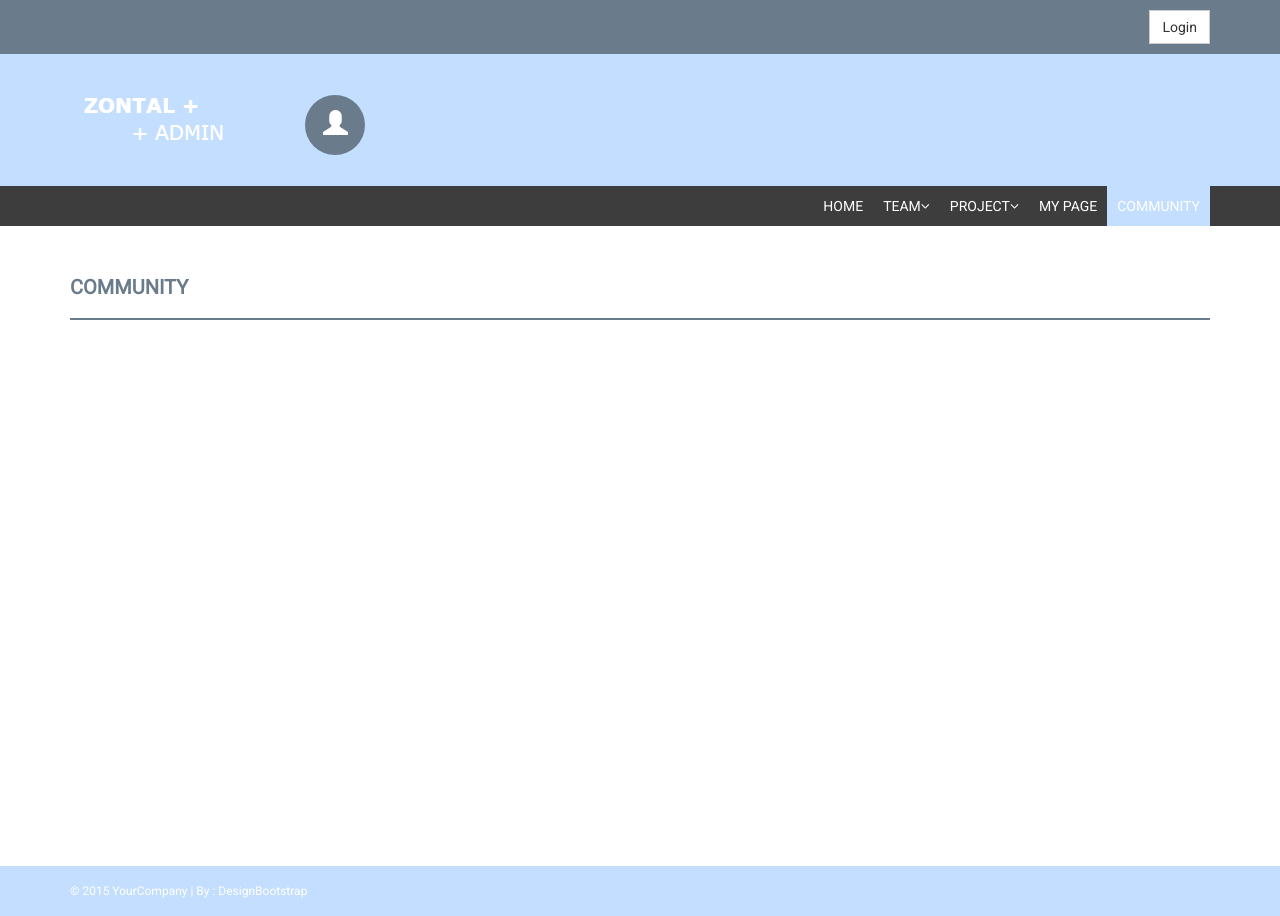
Repository: hwju91/skuniv
Page: http://localhost/0903.2/WEB-INF/jsp/community/communityselect.jsp
An editor plug-in stored every save of this project. The page is shown before and after the next save, followed by the edit.
The browser window is 1280 px wide. The pictures show the whole page.
The page is served by Tomcat 9. Nobody is signed in. Other server files are loaded and not shown. The template is opened directly, without the code that normally fills it, so the values that code supplies are empty.

Above is the page before, as saved 2016-09-08 12:02:02.

### 0903.2/WebContent/WEB-INF/jsp/community/communityselect.jsp
<%@ page language="java" contentType="text/html; charset=UTF-8"
	pageEncoding="UTF-8"%>
<jsp:include page="../header_community.jsp" />
<jsp:include page="../nav.jsp" />
<jsp:include page="../menu_community.jsp" />

<div class="row">
	<div class="col-md-12">
		<h4 class="page-head-line">community</h4>
	</div>
</div>



<jsp:include page="../footer.jsp" />

### 0903.2/WebContent/WEB-INF/jsp/header_community.jsp
<%@ page language="java" contentType="text/html; charset=UTF-8"
    pageEncoding="UTF-8"%>
<!DOCTYPE html PUBLIC "-//W3C//DTD HTML 4.01 Transitional//EN" "http://www.w3.org/TR/html4/loose.dtd">
<html>
<head>
    <title>Winder</title>

    <link href="css/bootstrap.css" rel="stylesheet" />
    <link href="css/font-awesome.css" rel="stylesheet" />
    <link href="css/style.css" rel="stylesheet" />
    <!-- <link rel="stylesheet" href="https://cdnjs.cloudflare.com/ajax/libs/ionicons/2.0.1/css/ionicons.min.css"> -->

</head>
</head>

### 0903.2/WebContent/WEB-INF/jsp/nav.jsp
<%@ page language="java" contentType="text/html; charset=UTF-8"
    pageEncoding="UTF-8"%>
<body>
    <header>
        <div class="container">
            <div class="row">
                <div class="col-md-12">
                    <!-- <strong>Email: </strong>info@yourdomain.com
                    &nbsp;&nbsp;
                    <strong>Support: </strong>+90-897-678-44 -->
                    <%
                    if("loginok".equals((String)session.getAttribute("loginchk"))){
                    	%>
                    	<a class="btn btn-default" href="logout">Logout</a>
                    <%}
                    else{
                    %>
                    	<a class="btn btn-default" href="login">Login</a>
                    <% }%>

                </div>

            </div>
        </div>
    </header>
    <!-- HEADER END-->
    <div class="navbar navbar-inverse set-radius-zero">
        <div class="container">
            <div class="navbar-header">
                <button type="button" class="navbar-toggle" data-toggle="collapse" data-target=".navbar-collapse">
                    <span class="icon-bar"></span>
                    <span class="icon-bar"></span>
                    <span class="icon-bar"></span>
                </button>
                <a class="navbar-brand" href="index.html">
                    <img src="img/logo.png" />
                </a>

            </div>

            <div class="left-div">
                <div class="user-settings-wrapper">
                    <ul class="nav">

                        <li class="dropdown">
                            <a class="dropdown-toggle" data-toggle="dropdown" href="#" aria-expanded="false">
                                <span class="glyphicon glyphicon-user" style="font-size: 25px;"></span>
                            </a>
                            <div class="dropdown-menu dropdown-settings" style="color: #fff">
                                <div class="media">
                                    <a class="media-left" href="#">
                                        <img src="img/64-64.jpg" alt="" class="img-rounded" />
                                    </a>
                                    <div class="media-body">
                                        <h4 class="media-heading">Jhon Deo Alex </h4>
                                        <h5>Developer & Designer</h5>

                                    </div>
                                </div>
                                <hr />
                                <h5><strong>Personal Bio : </strong></h5>
                                Anim pariatur cliche reprehen derit.
                                <hr />
                                <a href="#" class="btn btn-info btn-sm">Full Profile</a>&nbsp; <a href="login.html" class="btn btn-danger btn-sm">Logout</a>

                            </div>
                        </li>


                    </ul>
                </div>
            </div>
        </div>
    </div>
    <!-- LOGO HEADER END-->

### 0903.2/WebContent/WEB-INF/jsp/menu_community.jsp
<%@ page language="java" contentType="text/html; charset=UTF-8"
    pageEncoding="UTF-8"%>
<%@taglib prefix="c"  uri="http://java.sun.com/jsp/jstl/core" %>
<section class="menu-section">
        <div class="container">
            <div class="row">
                <div class="col-md-12">
                    <div class="navbar-collapse collapse ">
                        <ul id="menu-top" class="nav navbar-nav navbar-right">
                            <li><a class="menu-top" href="home">Home</a></li>
                            <li class="dropdown">
                                <a href="#" class="dropdown-toggle" data-toggle="dropdown">Team<i class="fa fa-angle-down"></i></a>
                                <ul class="dropdown-menu">
                                	<li><a href="teamList">팀 List</a></li>
                                    <li><a href="teamCreateform">팀 생성</a></li>
                                    <c:forEach items="${teammenu }" var="tmenu">
                                    <li><a href="projectlist?tno=${tmenu.tno }">${tmenu.name }</a></li>
                                    </c:forEach>
                                </ul>
                            </li>
                            <li class="dropdown">
                                <a href="#" class="dropdown-toggle" data-toggle="dropdown">Project<i class="fa fa-angle-down"></i></a>
                                <ul class="dropdown-menu">
                                    <li><a href="projectform">프로젝트 생성</a></li>
                                    <c:forEach items="${projectmenu }" var="pmenu">
                                    <li><a href="projectmain?pno=${pmenu.pno }">${pmenu.name }</a></li>
                                    </c:forEach>
                                </ul>
                            </li>
                             <li><a href="mypage">My Page</a></li>
							 <li><a class="menu-top-active" href="communitylist">community</a></li>
                        </ul>
                    </div>
                </div>

            </div>
        </div>
    </section>
    <!-- MENU SECTION END-->
    <div class="content-wrapper">
        <div class="container">

### 0903.2/WebContent/WEB-INF/jsp/footer.jsp
<%@ page language="java" contentType="text/html; charset=UTF-8"
    pageEncoding="UTF-8"%>
 </div>
    </div>
    <!-- CONTENT-WRAPPER SECTION END-->
    <footer>
        <div class="container">
            <div class="row">
                <div class="col-md-12">
                    &copy; 2015 YourCompany | By : <a href="http://www.designbootstrap.com/" target="_blank">DesignBootstrap</a>
                </div>

            </div>
        </div>
    </footer>
    <!-- script -->
<script src="js/jquery-2.2.3.min.js"></script>
<script src="js/bootstrap.js"></script>
</body>
</html>

### 0903.2/WebContent/css/style.css

/*=============================================================
    Authour URL: www.designbootstrap.com

    http://www.designbootstrap.com/

    License: MIT

    http://opensource.org/licenses/MIT

    100% Free To use For Personal And Commercial Use.

    IN EXCHANGE JUST TELL PEOPLE ABOUT THIS WEBSITE

========================================================  */


/* =============================================================
   GENERAL STYLES
 ============================================================ */

@import url(http://fonts.googleapis.com/css?family=Roboto); /* FREE GOOGLE FONT */

body {
    font-family: 'Roboto', sans-serif;
    line-height: 30px;
}

.set-radius-zero {
    border-radius: 0px;
    -moz-border-radius: 0px;
    -webkit-border-radius: 0px;
}

.content-wrapper {
    margin-top: 40px;
    min-height: 600px;
    padding-bottom: 60px;
}

.page-head-line {
    font-weight: 900;
    padding-bottom: 20px;
    border-bottom: 2px solid #6A7B8B;
    text-transform: uppercase;
    color: #6A7B8B;
    font-size: 20px;
    margin-bottom: 40px;
}

.btn {
    border-radius: 0px;
    -webkit-border-radius: 0px;
    -moz-border-radius: 0px;
}

.progress {
    height: 8px;
    border-radius: 0px;
    -webkit-border-radius: 0px;
    -moz-border-radius: 0px;
}
.login-icon {
    height: 60px;
width: 60px;
padding: 13px;
border-radius: 50%;
font-size: 30px;
margin-bottom: 20px;
color: #fff;
text-align: center;
cursor:pointer;
background-color:#6A7B8B;
-webkit-border-radius:50%;
    -moz-border-radius:50%;
}
/* =============================================================
   HEADER SECTION STYLES
 ============================================================ */
header {
    background-color: #6A7B8B;
    color: #fff;
    padding: 10px;
    text-align: right;
}


/* =============================================================
   LOGO SECTION STYLES
 ============================================================ */
.left-div {
    padding-left: 30px;
    margin-top: 40px;
    margin-bottom: 30px;
}

.navbar-brand {
    width: 250px;
    padding-top: 30px;
}

/* USER SETTINGS DIV */
.user-settings-wrapper .nav > li > a {
    position: relative;
    display: block;
    padding: 15px 18px;
    border-radius: 50%;
    -webkit-border-radius: 50%;
    -moz-border-radius: 50%;
    height: 60px;
    width: 60px;
    background-color: #6A7B8B;
    color: #fff;
}

.user-settings-wrapper {
    margin-top: 10px;
}

    .user-settings-wrapper li {
        display: inline-block;
    }

    .user-settings-wrapper .dropdown-settings {
        width: 200px;
        padding: 10px;
    }

    .user-settings-wrapper .nav > li > a:hover,.user-settings-wrapper .nav > li > a:focus {
        text-decoration: none;
        background-color: #C4DEFF!important;
    }

    .user-settings-wrapper img {
        height: 64px;
        width: 64px;
        border: 1px solid #000000;
    }

    .user-settings-wrapper .dropdown-menu {
        margin: 0px;
        border-radius: 0px!important;
        -moz-border-radius: 0px!important;
        -webkit-border-radius: 0px!important;
    }

    .user-settings-wrapper .btn {
        border-radius: 0px!important;
        -moz-border-radius: 0px!important;
        -webkit-border-radius: 0px!important;
    }

    .user-settings-wrapper .media-heading {
        padding-top: 10px;
    }

/* MENU LINKS SECTION*/

.menu-section {
    background-color: #3D3D3D;
}

#menu-top a {
    color: #FFF;
    text-decoration: none;
    font-weight: 500;
    padding: 10px 10px 10px 10px;
    text-transform: uppercase;
}

.menu-top-active {
    background-color: #C4DEFF;
}

.menu-section .nav > li > a:hover,.menu-section .nav > li > a:focus {
    background-color: #6A7B8B!important;
}

.menu-section .dropdown-menu > li > a:hover,.menu-section .dropdown-menu > li > a:focus {
    background-color: #6A7B8B!important;
}

.navbar-inverse {
    background-color: #C4DEFF;
    border-color: transparent;
}

.navbar-toggle {
    background-color: #6A7B8B;
    border: 1px solid #fff;
}

.navbar {
    margin-bottom: 0px;
}
/* =============================================================
   FOOTER SECTION STYLES
 ============================================================ */
footer {
    padding: 10px;
    color: #fff;
    font-size: 12px;
    background-color: #C4DEFF;
}

    footer a, footer a:hover {
        color: #fff;
        text-decoration: none;
    }

/*==============================================
    DASHBOARD  STYLES
 =============================================*/

/* DASHBOARD ICONS */

.bk-clr-one {
    background-color: #B9B739;
}

.bk-clr-two {
    background-color: #F94C4C;
}

.bk-clr-three {
    background-color: #119c7e;
}

.bk-clr-four {
    background-color: #b739b9;
}

.dashboard-div-icon {
    height: 75px;
    width: 75px;
    border: 2px solid #fff;
    padding: 20px;
    border-radius: 50%;
    -webkit-border-radius:50%;
    -moz-border-radius:50%;
    font-size: 30px;
    margin-bottom: 20px;
    color: #fff;
}

.dashboard-div-wrapper {
    border-radius: 5px;
    text-align: center;
    padding: 15px;
    color: #fff;
    margin-bottom: 50px;
}

    .dashboard-div-wrapper .progress {
        height: 2px;
    }

/* NOTICE BOARD */


.notice-board .panel {
    border-radius: 0px;
    -webkit-border-radius: 0px;
    -moz-border-radius: 0px;
}

.notice-board ul {
    padding-left: 0px;
    list-style: none;
}

.notice-board li {
    padding: 10px;
    border-bottom: 1px solid #E5E5E5;
}

    .notice-board li span {
        margin-right: 10px;
        border: 1px solid #DBDBDB;
        padding: 5px;
    }

    .notice-board li a, li a:hover {
        text-decoration: none;
        color: #000;
    }

/* SOCIAL BUTTONS */
.btn-social {
    color: white;
    opacity: 0.8;
}

    .btn-social:hover {
        color: white;
        opacity: 1;
        text-decoration: none;
    }

.btn-facebook {
    background-color: #3b5998;
}

.btn-twitter {
    background-color: #00aced;
}

.btn-linkedin {
    background-color: #0e76a8;
}

.btn-google {
    background-color: #c32f10;
}

Loaded but not shown: 0903.2/WebContent/css/bootstrap.css (library); 0903.2/WebContent/css/font-awesome.css (library); 0903.2/WebContent/js/jquery-2.2.3.min.js (library); 0903.2/WebContent/js/bootstrap.js (library)

After the next save:
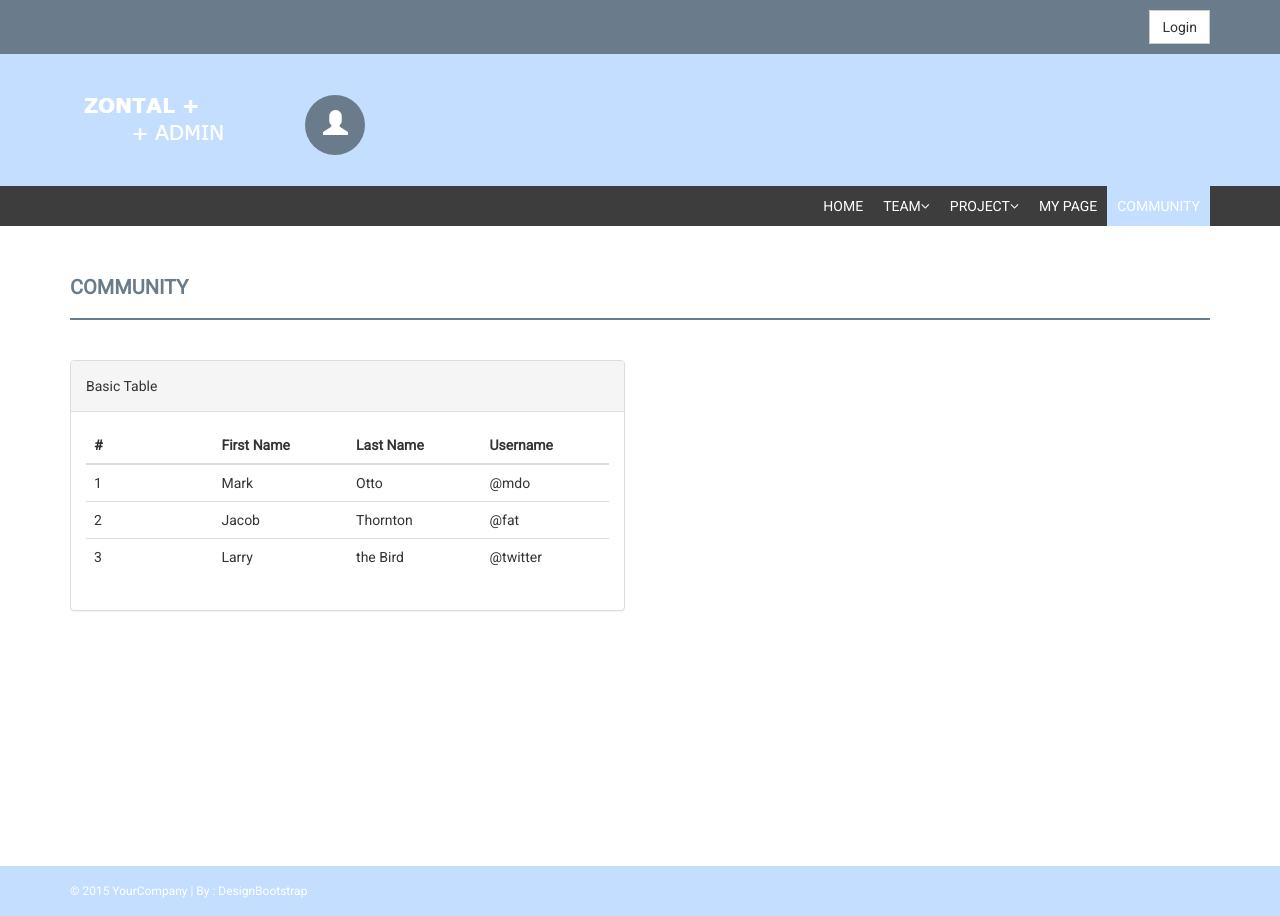
Saved 64 s later.
--- a/0903.2/WebContent/WEB-INF/jsp/community/communityselect.jsp
+++ b/0903.2/WebContent/WEB-INF/jsp/community/communityselect.jsp
@@ -10,6 +10,51 @@
 	</div>
 </div>
 
+<div class="row">
+<div class="col-md-6">
+                     <!--   Basic Table  -->
+ 	<div class="panel panel-default">
+                        <div class="panel-heading">
+                            Basic Table
+                        </div>
+                        <div class="panel-body">
+                            <div class="table-responsive">
+                                <table class="table">
+                                    <thead>
+                                        <tr>
+                                            <th>#</th>
+                                            <th>First Name</th>
+                                            <th>Last Name</th>
+                                            <th>Username</th>
+                                        </tr>
+                                    </thead>
+                                    <tbody>
+                                        <tr>
+                                            <td>1</td>
+                                            <td>Mark</td>
+                                            <td>Otto</td>
+                                            <td>@mdo</td>
+                                        </tr>
+                                        <tr>
+                                            <td>2</td>
+                                            <td>Jacob</td>
+                                            <td>Thornton</td>
+                                            <td>@fat</td>
+                                        </tr>
+                                        <tr>
+                                            <td>3</td>
+                                            <td>Larry</td>
+                                            <td>the Bird</td>
+                                            <td>@twitter</td>
+                                        </tr>
+                                    </tbody>
+                                </table>
+                            </div>
+                        </div>
+                    </div>
+                      <!-- End  Basic Table  -->
+                </div>
+</div>
 
 
 <jsp:include page="../footer.jsp" />
